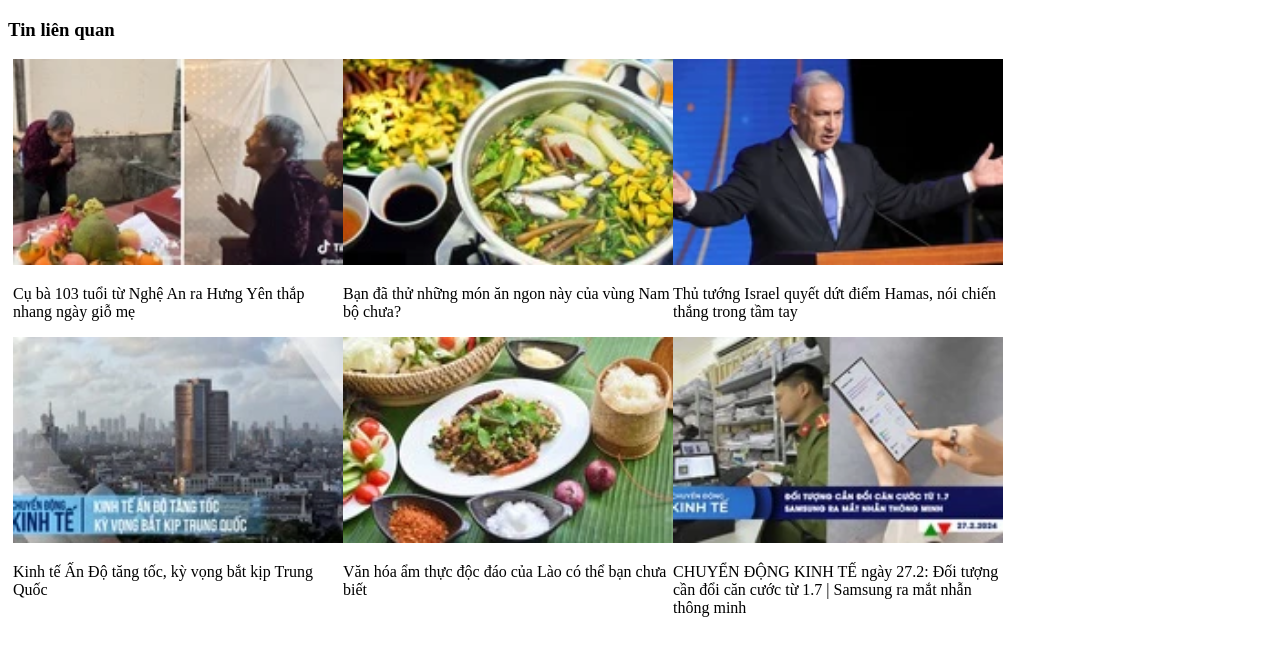
Repository: Tan-Khang21/TH_TKW--Buoi_03
Page: BT_tren_lop/Bai_2/content_right.html
The author's editor kept a copy of each file at every save. The page is drawn from the files as they stood at one save, then again after the next save.
The browser window is 1280 px wide. The pictures show the whole page.

Above is the page before, as saved 2024-02-28 09:30:07.

### BT_tren_lop/Bai_2/content_right.html
<!DOCTYPE html>
<html lang="en">
<head>
    <meta charset="UTF-8">
    <meta name="viewport" content="width=device-width, initial-scale=1.0">
    <title>Document</title>
</head>
<body>
    <h3>Tin liên quan</h3>
    <div style="display: flex; max-width: 1000px; flex-wrap: wrap; justify-content: center;">
        <div style="width: 33%;">
            <img src="/BT_tren_lop/Bai_2/images/hinh3.webp" alt="" style="width: 100%; object-fit: contain;">
            <p>Cụ bà 103 tuổi từ Nghệ An ra Hưng Yên thắp nhang ngày giỗ mẹ</p>
        </div>
        <div style="width: 33%;">
            <img src="/BT_tren_lop/Bai_2/images/hinh4.webp" alt="" style="width: 100%; object-fit: contain;">
            <p>Bạn đã thử những món ăn ngon này của vùng Nam bộ chưa?</p>
        </div>
        <div style="width: 33%;">
            <img src="/BT_tren_lop/Bai_2/images/hinh5.webp" alt="" style="width: 100%; object-fit: contain;">
            <p>Thủ tướng Israel quyết dứt điểm Hamas, nói chiến thắng trong tầm tay</p>
        </div>
        <div style="width: 33%;">
            <img src="/BT_tren_lop/Bai_2/images/hinh6.webp" alt="" style="width: 100%; object-fit: contain;">
            <p>Kinh tế Ấn Độ tăng tốc, kỳ vọng bắt kịp Trung Quốc</p>
        </div>
        <div style="width: 33%;">
            <img src="/BT_tren_lop/Bai_2/images/hinh7.webp" alt="" style="width: 100%; object-fit: contain;">
            <p>Văn hóa ẩm thực độc đáo của Lào có thể bạn chưa biết</p>
        </div>
        <div style="width: 33%;">
            <img src="/BT_tren_lop/Bai_2/images/hinh8.webp" alt="" style="width: 100%; object-fit: contain;">
            <p>CHUYỂN ĐỘNG KINH TẾ ngày 27.2: Đối tượng cần đổi căn cước từ 1.7 | Samsung ra mắt nhẫn thông minh</p>
        </div>
    </div>
</body>
</html>

After the next save:
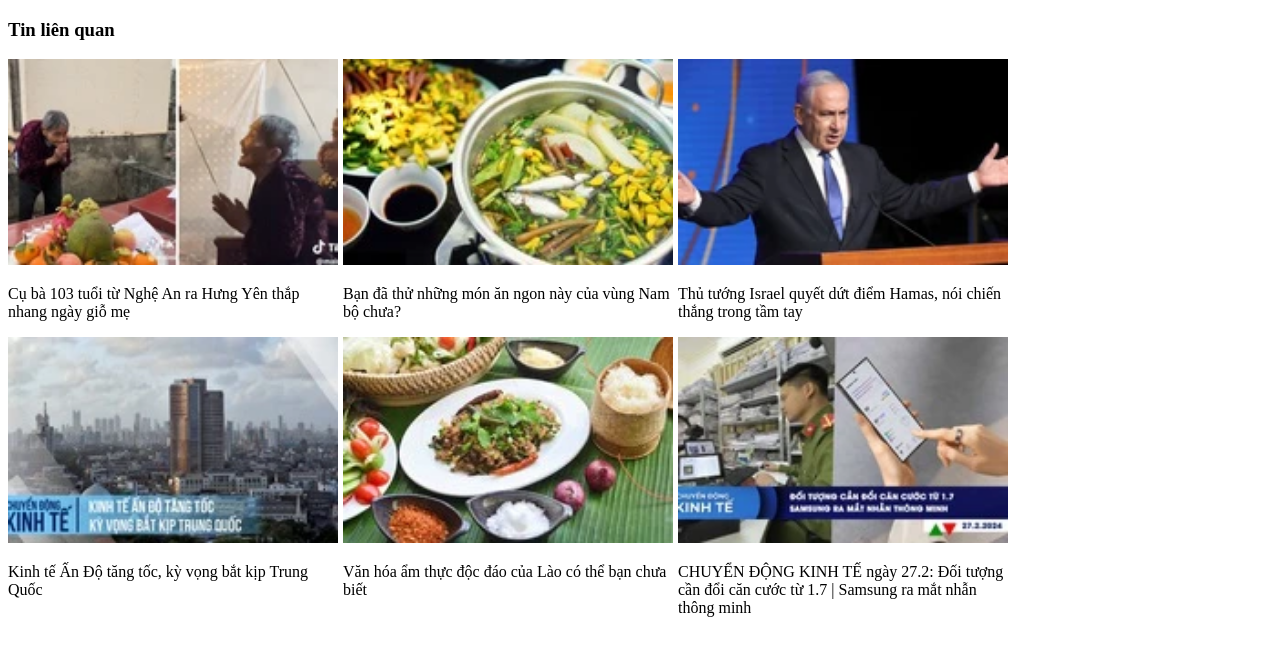
Saved 39 s later.
--- a/BT_tren_lop/Bai_2/content_right.html
+++ b/BT_tren_lop/Bai_2/content_right.html
@@ -7,7 +7,7 @@
 </head>
 <body>
     <h3>Tin liên quan</h3>
-    <div style="display: flex; max-width: 1000px; flex-wrap: wrap; justify-content: center;">
+    <div style="display: flex; max-width: 1000px; flex-wrap: wrap; justify-content: space-between">
         <div style="width: 33%;">
             <img src="/BT_tren_lop/Bai_2/images/hinh3.webp" alt="" style="width: 100%; object-fit: contain;">
             <p>Cụ bà 103 tuổi từ Nghệ An ra Hưng Yên thắp nhang ngày giỗ mẹ</p>
